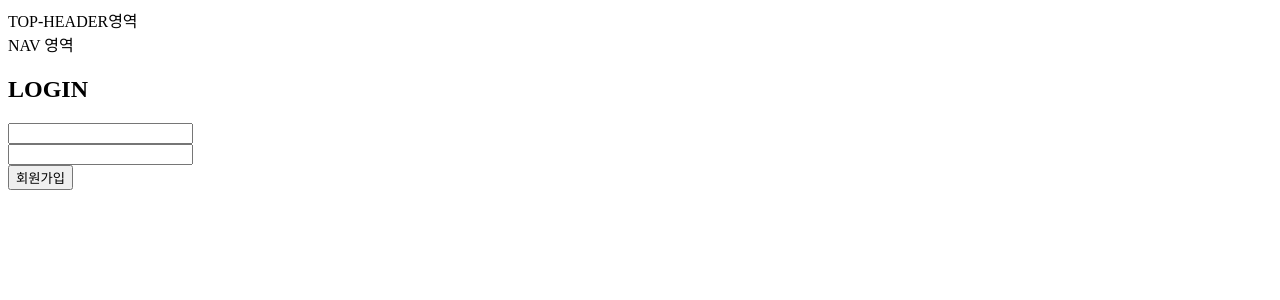
Repository: Leehj9094/JAVA_BOOK-
Page: http://localhost/01JSP/C04/myinfo_form.jsp
These files come from the project's save history. The page is drawn as it stood at one moment and after the next save; the edit follows.
The browser window is 1280 px wide. The pictures show the whole page.
The page is served by Tomcat 9. Other server files are loaded and not shown.

Above is the page before, as saved 2025-04-02 07:36:34.

### JSP/01JSP/src/main/webapp/C04/myinfo_form.jsp
<%@ page language="java" contentType="text/html; charset=UTF-8"
    pageEncoding="UTF-8"%>
<!DOCTYPE html>
<html>
<head>
<meta charset="UTF-8">
<title>Insert title here</title>
</head>
<body>
	<div class="wrapper">
		<header>
			<!--  -->
			<%@ include file="./layouts/TopHeader.jsp" %>
			<!--  -->
			<%@ include file="./layouts/Nav.jsp" %>
		</header>
	<main>
		<section>
			<h1>LOGIN</h1>
		<!-- form 태그로 userid password join.jsp 로 회원가입 요청 처리 -->

			<form action="Login_process.jsp" method="post">
				<input type = "text" name = "userid" /><br>
				<input type = "text" name = "password" /><br>
				<input type = "submit" value = "회원가입" />
			</form>
		</section>
	</main>
	<footer>
		<!-- footer insert 지시자 이용해서 가져오기 -->
	</footer>
</body>
</html>

### JSP/01JSP/src/main/webapp/C04/layouts/TopHeader.jsp
<%@ page language="java" contentType="text/html; charset=UTF-8"
    pageEncoding="UTF-8"%>
<!-- TOP-HEADER -->
<div class="top-header">TOP-HEADER영역</div>

### JSP/01JSP/src/main/webapp/C04/layouts/Nav.jsp
<%@ page language="java" contentType="text/html; charset=UTF-8"
    pageEncoding="UTF-8"%>

<!-- NAV -->
<nav>NAV 영역</nav>

After the next save:
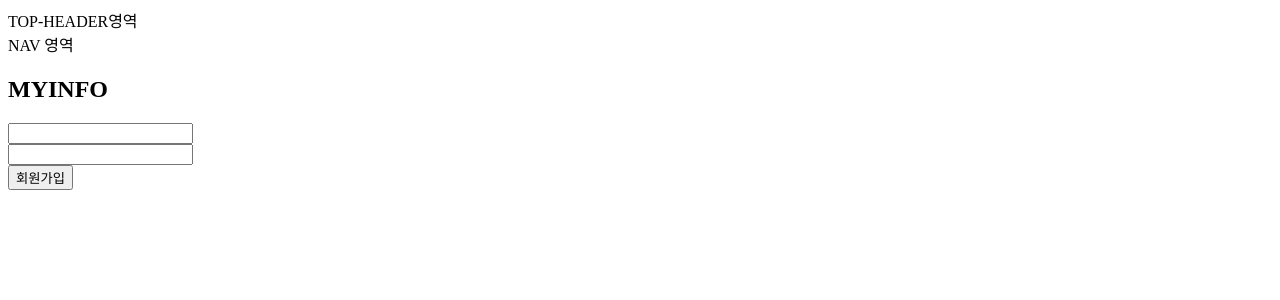
Saved 19 s later.
--- a/JSP/01JSP/src/main/webapp/C04/myinfo_form.jsp
+++ b/JSP/01JSP/src/main/webapp/C04/myinfo_form.jsp
@@ -16,10 +16,10 @@
 		</header>
 	<main>
 		<section>
-			<h1>LOGIN</h1>
+			<h1>MYINFO</h1>
 		<!-- form 태그로 userid password join.jsp 로 회원가입 요청 처리 -->
 
-			<form action="Login_process.jsp" method="post">
+			<form action="join.jsp" method="post">
 				<input type = "text" name = "userid" /><br>
 				<input type = "text" name = "password" /><br>
 				<input type = "submit" value = "회원가입" />
